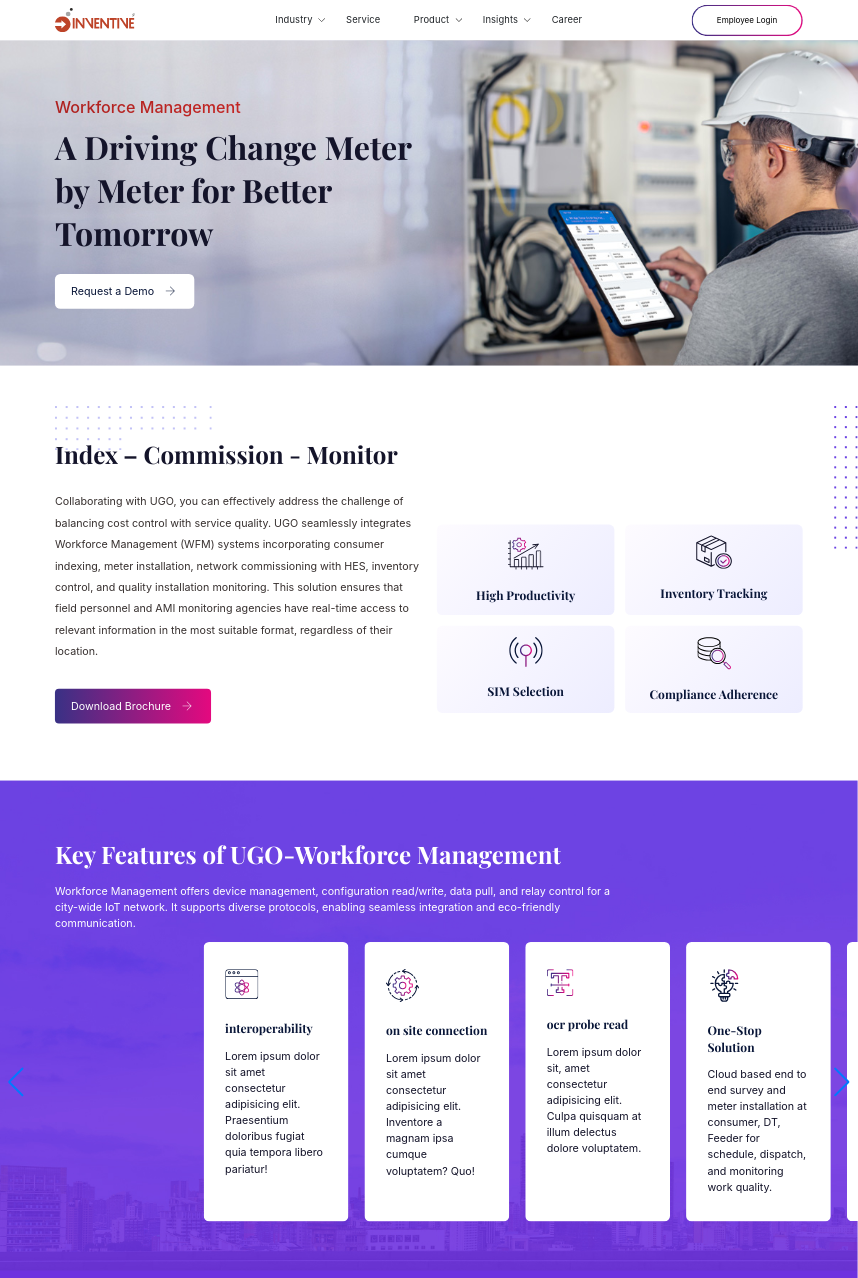
Repository: mangalravi/inventive
Page: WFM-Detail-Page.html
The author's editor kept a copy of each file at every save. The page is drawn from the files as they stood at one save, then again after the next save.
The browser window is 1280 px wide. The pictures show the whole page, at 67% of full size.
Some web fonts or font styles are not loaded; a fallback is used. The style sheet was rebuilt from its Sass, Less or Tailwind sources for each picture, by a compiler version that may differ from the author's.

Above is the page before, as saved 2024-07-10 17:03:42.

### WFM-Detail-Page.html
<!DOCTYPE html>
<html lang="en">
  <head>
    <meta charset="UTF-8" />
    <meta name="viewport" content="width=device-width, initial-scale=1.0" />
    <title>Inventive</title>
    <link rel="icon" type="image/x-icon" href="content/images/favicon.png" />
    <link rel="stylesheet" href="content/lib/swiper/css/swiper.css" />
    <link href="content/css/font-family.css" />
    <link rel="stylesheet" href="content/css/Icon.css" />
    <link rel="stylesheet" as="style" href="content/css/custom.css" />
    <link href="content/css/custom-grid.css" />
  </head>
  <body>
    <header>
      <nav class="navbar">
        <div class="container">
          <div class="menu-extras lazyloaded">
            <div class="menu-item">
              <a class="navbar-toggle">
                <div class="lines">
                  <span></span>
                  <span></span>
                  <span></span>
                </div>
              </a>
            </div>
          </div>

          <div class="row align-items-center">
            <div class="col-2">
              <a href="#">
                <img
                  width="120"
                  height="36"
                  alt="inventive_logo"
                  src="content/images/inventive_logo-1.svg"
                />
              </a>
              <button class="navbar-toggler" type="button">
                <span class="navbar-toggler-icon"></span>
              </button>
            </div>
            <div class="col-8">
              <div class="collapse navbar-collapse">
                <ul class="navbar-nav">
                  <li class="parent-menu position-relative">
                    <a href="#">Industry</a>
                    <span class="menu-arrow"></span>
                    <ul class="submenu">
                      <li>
                        <a href="#" class="sub-menu-item">About Us</a>
                      </li>
                      <li>
                        <a href="#" target="_blank" class="sub-menu-item"
                          >Company Profile</a
                        >
                      </li>
                      <li>
                        <a href="#" target="_blank" class="sub-menu-item"
                          >Virtual Introduction</a
                        >
                      </li>
                      <li>
                        <a href="#" class="sub-menu-item">Office Locations</a>
                      </li>
                      <li><a href="#" class="sub-menu-item">Our Team</a></li>
                      <li>
                        <a href="#" class="sub-menu-item">Our Clients</a>
                      </li>
                      <li>
                        <a href="#" class="sub-menu-item">Certificates</a>
                      </li>
                      <li>
                        <a href="#" class="sub-menu-item">Events News</a>
                      </li>
                      <li><a href="#" class="sub-menu-item">Gallery</a></li>
                    </ul>
                  </li>
                  <li class="nav-item">
                    <a href="#" class="nav-link">Service</a>
                  </li>
                  <li class="parent-menu position-relative">
                    <a href="#">Product</a><span class="menu-arrow"></span>
                    <div class="prodlist submenu">
                      <div class="tabs">
                        <ul class="tab-links">
                          <li class="tab-link" data-tab="tab1">
                            <a href="#">Smart Metering Solutions(SMS)</a>
                          </li>
                          <li class="tab-link" data-tab="tab2">
                            <a href="#">Unified Billing System</a>
                          </li>
                          <li class="tab-link" data-tab="tab3">
                            <a href="#">Enterprise Resource Planning</a>
                          </li>
                        </ul>
                        <div class="tab-content">
                          <div id="tab1" class="tab">
                            <ul class="mgmenu mb-4 ms-5">
                              <li>
                                <a href="/head-end-system"
                                  >Head End System
                                  <i class="bi bi-arrow-right"></i
                                ></a>
                              </li>
                              <li>
                                <a href="/meter-data-management"
                                  >Meter Data Management
                                  <i class="bi bi-arrow-right"></i
                                ></a>
                              </li>
                              <li>
                                <a href="/consumer-survey-meter-installation"
                                  >Consumer Survey &amp; Meter Installation
                                  <i class="bi bi-arrow-right"></i
                                ></a>
                              </li>
                              <li>
                                <a href="/smart-prepaid-system"
                                  >Smart Prepaid System
                                  <i class="bi bi-arrow-right"></i
                                ></a>
                              </li>
                              <li>
                                <a href="/energy-audit"
                                  >Energy Audit <i class="bi bi-arrow-right"></i
                                ></a>
                              </li>
                            </ul>
                          </div>
                          <div id="tab2" class="tab">
                            <ul class="mgmenu mb-4 ms-5">
                              <li>
                                <a href="/metering-billing-and-collection"
                                  >Metering, Billing &amp; Collection
                                  <i class="bi bi-arrow-right"></i
                                ></a>
                              </li>
                              <li>
                                <a href="/crm-for-utilities"
                                  >CRM <i class="bi bi-arrow-right"></i
                                ></a>
                              </li>
                              <li>
                                <a href="/workforce-management"
                                  >Workforce Management
                                  <i class="bi bi-arrow-right"></i
                                ></a>
                              </li>
                              <li>
                                <a href="/spot-billing-app"
                                  >Spot Billing App
                                  <i class="bi bi-arrow-right"></i
                                ></a>
                              </li>
                              <li>
                                <a href="/consumer-app-and-portal"
                                  >Consumer App and Portal
                                  <i class="bi bi-arrow-right"></i
                                ></a>
                              </li>
                              <li>
                                <a href="/energy-analytics"
                                  >Energy Analytics
                                  <i class="bi bi-arrow-right"></i
                                ></a>
                              </li>
                              <li>
                                <a href="/network-indexing-management"
                                  >Network Indexing Management
                                  <i class="bi bi-arrow-right"></i
                                ></a>
                              </li>
                              <li>
                                <a href="/ocr-based-billing"
                                  >OCR Based Billing
                                  <i class="bi bi-arrow-right"></i
                                ></a>
                              </li>
                            </ul>
                          </div>
                          <div id="tab3" class="tab">
                            <ul class="mgmenu mb-4 ms-5">
                              <li>
                                <a href="/erp-procurement-module"
                                  >Procurement <i class="bi bi-arrow-right"></i
                                ></a>
                              </li>
                              <li>
                                <a href="/finance-and-accounting"
                                  >Finance &amp; Accounting
                                  <i class="bi bi-arrow-right"></i
                                ></a>
                              </li>
                              <li>
                                <a href="/human-resource-management-system"
                                  >HRMS <i class="bi bi-arrow-right"></i
                                ></a>
                              </li>
                              <li>
                                <a href="/erp-sales-module"
                                  >Sales <i class="bi bi-arrow-right"></i
                                ></a>
                              </li>
                              <li>
                                <a href="/erp-supply-chain-management"
                                  >Supply Chain Management
                                  <i class="bi bi-arrow-right"></i
                                ></a>
                              </li>
                              <li>
                                <a href="/customer-relationship-management"
                                  >CRM <i class="bi bi-arrow-right"></i
                                ></a>
                              </li>
                              <li>
                                <a href="/inventory-management-system"
                                  >Inventory Management
                                  <i class="bi bi-arrow-right"></i
                                ></a>
                              </li>
                              <li>
                                <a href="/warehouse-management-system"
                                  >Warehouse Management
                                  <i class="bi bi-arrow-right"></i
                                ></a>
                              </li>
                            </ul>
                          </div>
                        </div>
                      </div>
                    </div>
                  </li>
                  <li class="parent-menu position-relative">
                    <a href="#">Insights</a><span class="menu-arrow"></span>
                    <ul class="submenu">
                      <li><a href="#" class="sub-menu-item">Blogs</a></li>
                      <li>
                        <a href="#" class="sub-menu-item">Contact Us</a>
                      </li>
                    </ul>
                  </li>
                  <li class="nav-item">
                    <a href="#" class="nav-link">Career</a>
                  </li>
                </ul>
              </div>
            </div>
            <div class="col-2">
              <a href="#" class="btn-outline-main">
                <span>Employee Login</span>
              </a>
            </div>
          </div>
        </div>
      </nav>
    </header>

    <section class="top-banner">
      <div class="container">
        <div class="row">
          <div class="col-md-6">
            <div class="tpcntnt">
              <p>Workforce Management</p>
              <h4>A Driving Change Meter by Meter for Better Tomorrow</h4>
              <a href="#" class="btn btn-primary"
                >Request a Demo
                <span class="material-symbols-outlined">
                  arrow_forward
                </span></a
              >
            </div>
          </div>
        </div>
      </div>
    </section>

    <section class="intro pt-0">
      <div class="container">
        <div class="row align-items-end">
          <div class="col-md-6 d-flex">
            <div class="lft">
              <h4>Index – Commission - Monitor</h4>
              <p>
                Collaborating with UGO, you can effectively address the
                challenge of balancing cost control with service quality. UGO
                seamlessly integrates Workforce Management (WFM) systems
                incorporating consumer indexing, meter installation, network
                commissioning with HES, inventory control, and quality
                installation monitoring. This solution ensures that field
                personnel and AMI monitoring agencies have real-time access to
                relevant information in the most suitable format, regardless of
                their location.
              </p>
              <a href="#" class="btn btn-main">
                Download Brochure
                <span class="material-symbols-outlined">
                  arrow_forward
                </span></a
              >
            </div>
          </div>
          <div class="col-md-6 d-flex">
            <div class="mainrgt">
              <div class="row gx-3">
                <div class="col-sm-6 d-flex">
                  <div class="rgt">
                    <img
                      src="content/images/High-Productivity.svg"
                      alt="High"
                    />
                    <h4>High Productivity</h4>
                  </div>
                </div>
                <div class="col-sm-6 d-flex">
                  <div class="rgt">
                    <img
                      src="content/images/Inventory-Tracking.svg"
                      alt="Inventory"
                    />
                    <h4>Inventory Tracking</h4>
                  </div>
                </div>
                <div class="col-sm-6 d-flex">
                  <div class="rgt">
                    <img src="content/images/SIM-Selection.svg" alt="SIM" />
                    <h4>SIM Selection</h4>
                  </div>
                </div>
                <div class="col-sm-6 d-flex">
                  <div class="rgt">
                    <img
                      src="content/images/compliance-adherence.svg"
                      alt="compliance"
                    />
                    <h4>Compliance Adherence</h4>
                  </div>
                </div>
              </div>
            </div>
          </div>
        </div>
      </div>
    </section>
    <section class="key-feature position-relative">
      <div class="container">
        <div class="row">
          <div class="col-11 col-sm-10 col-md-8">
            <div class="tpcntnt">
              <h4>Key Features of UGO-Workforce Management</h4>
              <p>
                Workforce Management offers device management, configuration
                read/write, data pull, and relay control for a city-wide IoT
                network. It supports diverse protocols, enabling seamless
                integration and eco-friendly communication.
              </p>
            </div>
          </div>
        </div>
      </div>
      <div class="swiper">
        <!-- Additional required wrapper -->
        <div class="swiper-wrapper">
          <!-- Slides -->
          <div class="swiper-slide">
            <div class="slidecntnt">
              <img
                src="content/images/Key-features/one-stop-solution.svg"
                alt="solution"
              />
              <h5>One-Stop Solution</h5>
              <p>
                Cloud based end to end survey and meter installation at
                consumer, DT, Feeder for schedule, dispatch, and monitoring work
                quality.
              </p>
            </div>
          </div>
          <div class="swiper-slide">
            <div class="slidecntnt">
              <img
                src="content/images/Key-features/project-onitoring.svg"
                alt="project"
              />
              <h5>Project Monitoring</h5>
              <p>
                Rich UI/UX based dynamic dashboards and reports to track project
                status and quality of eld work at site.
              </p>
            </div>
          </div>
          <div class="swiper-slide">
            <div class="slidecntnt">
              <img
                src="content/images/Key-features/signal-strength.svg"
                alt="signal"
              />
              <h5>Signal Strength</h5>
              <p>
                Capture SIM connectivity status for proper planning of
                deployment of GPRS/RF mechanism at site.
              </p>
            </div>
          </div>
          <div class="swiper-slide">
            <div class="slidecntnt">
              <img
                src="content/images/Key-features/location-tracking.svg"
                alt="location"
              />
              <h5>Location Tracking</h5>
              <p>
                Support accurate GPS co-ordinates capturing from mobile device
                for efficient route planning and time saving.
              </p>
            </div>
          </div>
          <div class="swiper-slide">
            <div class="slidecntnt">
              <img
                src="content/images/Key-features/on-site-connection.svg"
                alt="connection"
              />
              <h5>on site connection</h5>
              <p>
                Lorem ipsum dolor sit amet consectetur adipisicing elit. Dolores
                optio omnis adipisci sequi dicta possimus nulla dignissimos
                beatae, placeat nobis?
              </p>
            </div>
          </div>
          <div class="swiper-slide">
            <div class="slidecntnt">
              <img
                src="content/images/Key-features/interoperability.svg"
                alt="interoperability"
              />
              <h5>interoperability</h5>
              <p>
                Lorem ipsum dolor sit amet consectetur adipisicing elit.
                Praesentium doloribus fugiat quia tempora libero pariatur!
              </p>
            </div>
          </div>
          <div class="swiper-slide">
            <div class="slidecntnt">
              <img
                src="content/images/Key-features/on-site-connection.svg"
                alt="connection"
              />
              <h5>on site connection</h5>
              <p>
                Lorem ipsum dolor sit amet consectetur adipisicing elit.
                Inventore a magnam ipsa cumque voluptatem? Quo!
              </p>
            </div>
          </div>
          <div class="swiper-slide">
            <div class="slidecntnt">
              <img
                src="content/images/Key-features/ocr-probe-read.svg"
                alt="ocr"
              />
              <h5>ocr probe read</h5>
              <p>
                Lorem ipsum dolor sit, amet consectetur adipisicing elit. Culpa
                quisquam at illum delectus dolore voluptatem.
              </p>
            </div>
          </div>
        </div>

        <!-- If we need navigation buttons -->
        <div class="swiper-button-prev"></div>
        <div class="swiper-button-next"></div>
      </div>
    </section>
    <script src="content/js/jquery.min.js"></script>
    <script src="content/lib/swiper/js/swiper.js"></script>
    <script src="content/js/custom.js"></script>
  </body>
</html>

### content/js/custom.js
document.addEventListener("DOMContentLoaded", function () {
  const tabLinks = document.querySelectorAll(".tab-link");
  const tabs = document.querySelectorAll(".tab");
  let activeTab = tabLinks[0]; // Initialize with the first tab link

  function showTab(event, tabId) {
    // Remove active class from current active tab link and tab
    if (activeTab) {
      activeTab.classList.remove("active");
      const activeContent = document.getElementById(activeTab.dataset.tab);
      activeContent.classList.remove("active");
    }

    // Set the new active tab link and tab
    const targetElement = event.target.closest(".tab-link");
    targetElement.classList.add("active");
    document.getElementById(tabId).classList.add("active");

    // Update the activeTab to the newly active tab link
    activeTab = targetElement;
  }

  tabLinks.forEach((link) => {
    link.addEventListener("click", function (event) {
      showTab(event, event.target.closest(".tab-link").dataset.tab);
    });
    link.addEventListener("mouseover", function (event) {
      showTab(event, event.target.closest(".tab-link").dataset.tab);
    });
  });

  // Initialize first tab as active
  tabLinks[0].classList.add("active");
  tabs[0].classList.add("active");
});

//slider
const swiper = new Swiper(".swiper", {
  loop: true,
  centeredSlides: true,
  navigation: {
    nextEl: ".swiper-button-next",
    prevEl: ".swiper-button-prev",
  },
  slidesOffsetBefore: 20,
  slidesOffsetAfter: 20,
  spaceBetween: 30,

  breakpoints: {
    768: {
      slidesPerView: 3,
      spaceBetween: 30,
    },
    1024: {
      slidesPerView: 4,
      spaceBetween: 40,
    },
    1280: {
      slidesPerView: 5,
      spaceBetween: 50,
    },
  },
});

### content/css/font-family.css
/* Inter font family */
@font-face {
  font-family: "Inter";
  font-style: normal;
  font-weight: 400;
  src: url("../fonts/Inter/Inter-Regular.ttf") format("truetype");
  font-display: swap;
}
@font-face {
  font-family: "Inter";
  font-style: normal;
  font-weight: 500;
  src: url("../fonts/Inter/Inter-Medium.ttf") format("truetype");
  font-display: swap;
}

@font-face {
  font-family: "Inter";
  font-style: normal;
  font-weight: 600;
  src: url("../fonts/Inter/Inter-SemiBold.ttf") format("truetype");
  font-display: swap;
}



/* Playfair Display font family */
@font-face {
  font-family: "Playfair Display";
  font-style: normal;
  font-weight: 600;
  src: url("../fonts/Playfair_Display/PlayfairDisplay-SemiBold.ttf") format("truetype");
  font-display: swap;
}

@font-face {
  font-family: "Playfair Display";
  font-style: normal;
  font-weight: 700;
  src: url("../fonts/Playfair_Display/PlayfairDisplay-Bold.ttf") format("truetype");
  font-display: swap;
}

Loaded but not shown: content/lib/swiper/css/swiper.css (library); content/js/jquery.min.js (library); content/lib/swiper/js/swiper.js (library); content/images/High-Productivity.svg (25 lines, source omitted); content/images/SIM-Selection.svg (16 lines, source omitted); content/css/custom.scss (728 lines, source omitted); content/css/Icon.css (90 lines, source omitted)

After the next save:
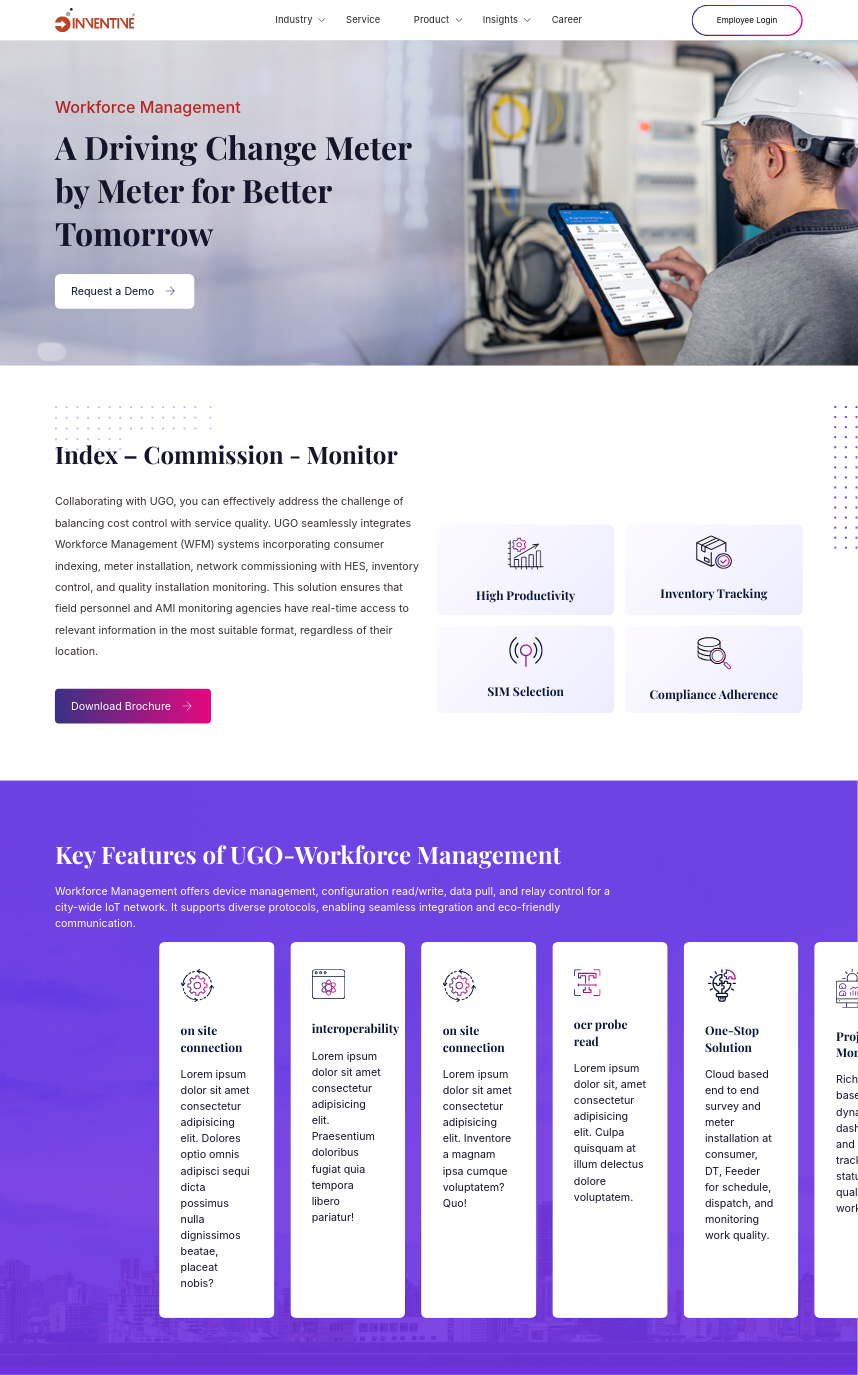
Saved 11 s later.
--- a/content/js/custom.js
+++ b/content/js/custom.js
@@ -56,7 +56,7 @@
       spaceBetween: 40,
     },
     1280: {
-      slidesPerView: 5,
+      slidesPerView: 6,
       spaceBetween: 50,
     },
   },
